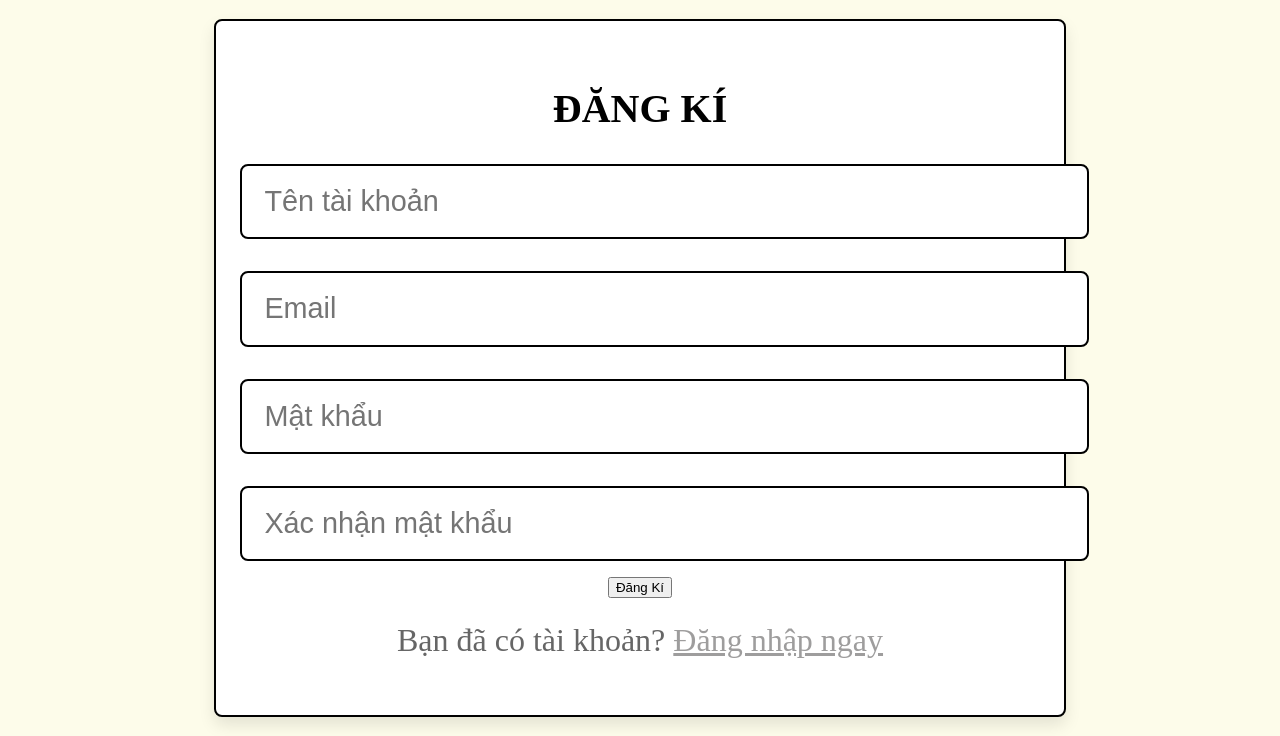
Repository: Dien973/expense_manager
Page: http://localhost/expense_manager/user_page/signup.php
An editor plug-in stored every save of this project. The page is shown before and after the next save, followed by the edit.
The browser window is 1280 px wide. The pictures show the whole page.
The page is run by PHP 8.4 with error messages shown; the project is at /var/www/html/.

Above is the page before, as saved 2025-12-05 14:52:30.

After the next save:
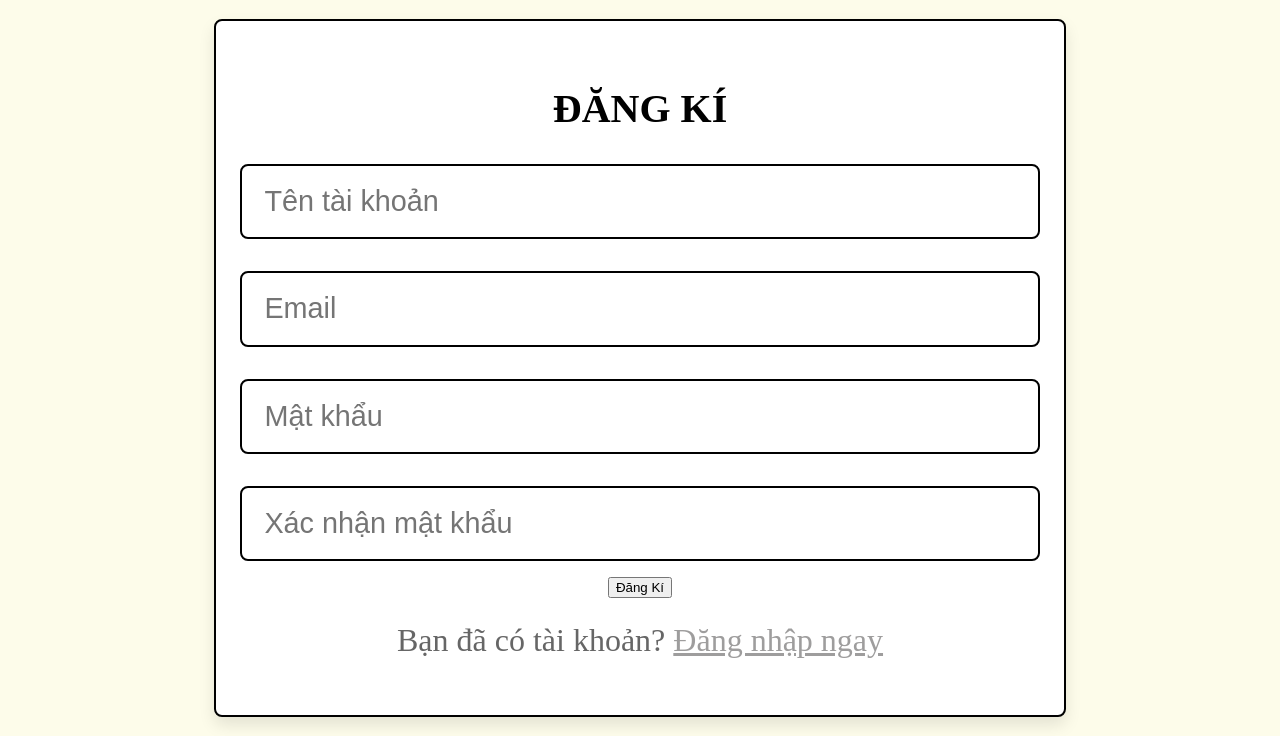
Saved 2 min 20 s later.
--- a/user_page/signup.php
+++ b/user_page/signup.php
@@ -67,10 +67,19 @@ if(isset($message)){
       <h3>ĐĂNG KÍ</h3>
 
       <div class="input-boxes">
-        <input type="text" name="name" class="box" placeholder="Tên tài khoản" required>
-        <input type="email" name="email" class="box" placeholder="Email" required>
-        <input type="password" name="pass" class="box" placeholder="Mật khẩu" required>
-        <input type="password" name="cpass" class="box" placeholder="Xác nhận mật khẩu" required>
+        <div class="inpt">
+            <input type="text" name="name" class="box" placeholder="Tên tài khoản" required>
+        </div>
+        <div class="inpt">
+            <input type="email" name="email" class="box" placeholder="Email" required>
+        </div>
+        <div class="inpt">
+            <input type="password" name="pass" class="box" placeholder="Mật khẩu" required>
+        </div>
+        <div class="inpt">
+            <input type="password" name="cpass" class="box" placeholder="Xác nhận mật khẩu" required>
+        </div>
+
         <input type="submit" class="btn" name="submit" value="Đăng Kí">
         <p>Bạn đã có tài khoản? <a href="login.php">Đăng nhập ngay</a></p>
       </div>
